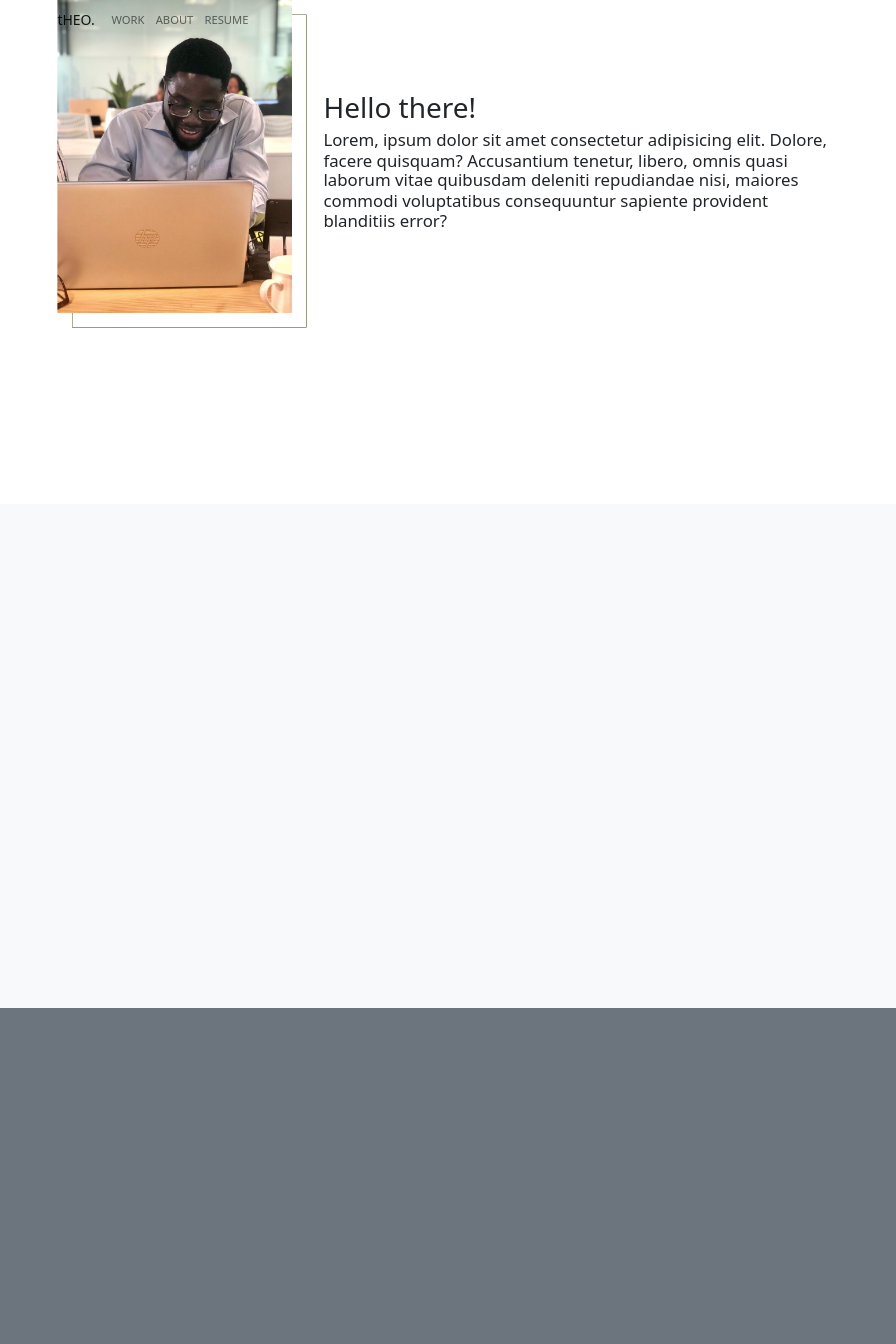
Repository: tHEO2k17/portfolio
Page: /
These files come from the project's save history. The page is drawn as it stood at one moment and after the next save; the edit follows.
The browser window is 1280 px wide. The pictures show the part of the page from y = 0 to 1920 px (the page is 3000 px tall), at 70% of full size.
The project was rebuilt for these pictures with package versions that can differ from the ones it lists, and the page was loaded fresh each time.

Above is the page before, as saved 2021-07-21 23:22:11.

After the next save:
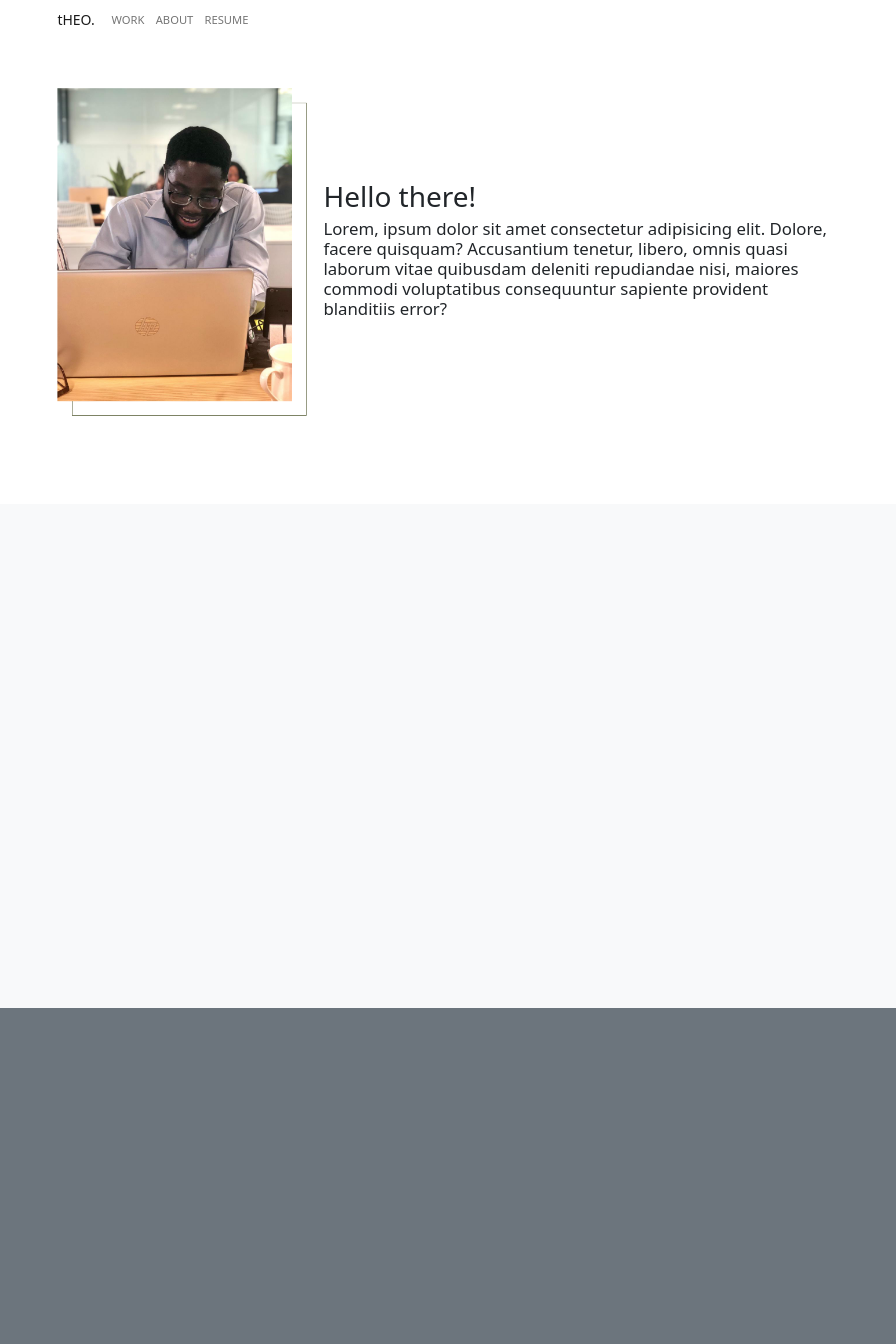
Saved 14 s later.
--- a/src/presentation/pages/HomePage.tsx
+++ b/src/presentation/pages/HomePage.tsx
@@ -18,8 +18,8 @@ export default function HomePage() {
             </Navbar>
 
             <header className=" my-auto min-vh-100">
-                <Container className="min-vh-100 my-auto">
-                    <Row className="align-items-center">
+                <Container>
+                    <Row className="align-items-center min-vh-100 my-auto">
                         <Col md="4"> <Image src="assets/images/theo.png" fluid /> </Col>
                         <Col>
                             <h1>Hello there!</h1>
